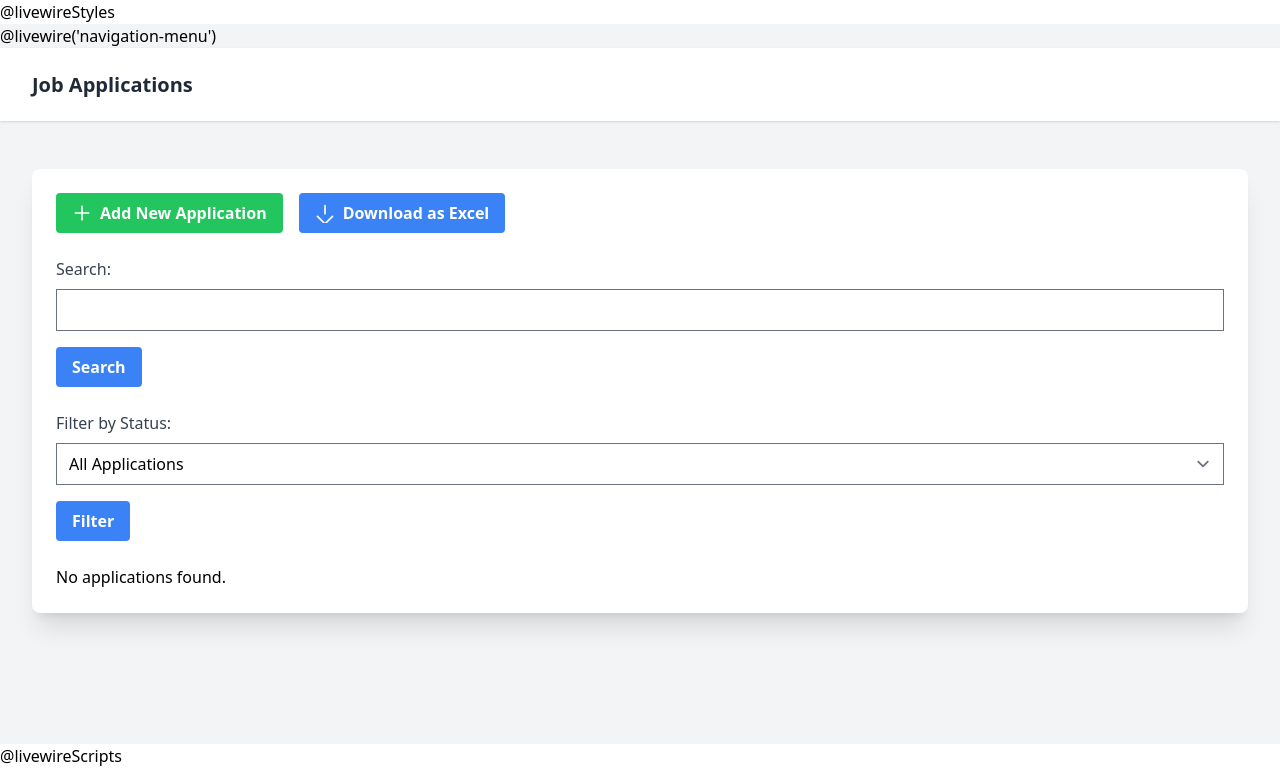
Repository: asanduk/vodafone
Page: resources/views/job-applications/index.blade.php
An editor plug-in stored every save of this project. The page is shown before and after the next save, followed by the edit.
The browser window is 1280 px wide. The pictures show the whole page.
The page is served by the project's Laravel application, run on PHP 8.4 with Laravel 12. Other server files are loaded and not shown. The template is opened directly, without the code that normally fills it, so the values that code supplies are empty.

Above is the page before, as saved 2024-11-18 22:45:14.

### routes/web.php
<?php

use Illuminate\Support\Facades\Route;
use App\Http\Controllers\JobApplicationController;
use App\Http\Controllers\HomeController;

Route::get('/', function () {
    return view('welcome');
});

Route::get('job-applications/export', [JobApplicationController::class, 'export'])->name('job-applications.export');


Route::middleware([
    'auth:sanctum',
    config('jetstream.auth_session'),
    'verified',
])->group(function () {
    // Dashboard görünümü için HomeController kullanımı
    Route::get('/dashboard', [HomeController::class, 'index'])->name('dashboard');
});

// İş başvuruları için resource controller tanımlamaları
Route::middleware(['auth:sanctum', 'verified'])->group(function () {
    Route::resource('job-applications', JobApplicationController::class);
});

### resources/views/job-applications/index.blade.php
<x-app-layout>
    <x-slot name="header">
        <h2 class="font-semibold text-xl text-gray-800 leading-tight">
            {{ __('Job Applications') }}
        </h2>
    </x-slot>

    <div class="py-12">
        <div class="max-w-7xl mx-auto sm:px-6 lg:px-8">
            <div class="bg-white overflow-hidden shadow-xl sm:rounded-lg p-6">
                <!-- "Add New Application" and "Download as Excel" Buttons Side by Side -->
                <div class="flex space-x-4 mb-6">
                    <a href="{{ route('job-applications.create') }}" class="flex items-center bg-green-500 hover:bg-green-700 text-white font-bold py-2 px-4 rounded transition">
                        <svg xmlns="http://www.w3.org/2000/svg" fill="none" viewBox="0 0 24 24" stroke-width="2" stroke="currentColor" class="w-5 h-5 mr-2">
                            <path stroke-linecap="round" stroke-linejoin="round" d="M12 4v16m8-8H4"/>
                        </svg>
                        Add New Application
                    </a>

                    <a href="{{ route('job-applications.export') }}" class="flex items-center bg-blue-500 hover:bg-blue-700 text-white font-bold py-2 px-4 rounded transition">
                        <svg xmlns="http://www.w3.org/2000/svg" fill="none" viewBox="0 0 24 24" stroke-width="2" stroke="currentColor" class="w-5 h-5 mr-2">
                            <path stroke-linecap="round" stroke-linejoin="round" d="M3 16l9 9 9-9m-9-3V3"/>
                        </svg>
                        Download as Excel
                    </a>
                </div>

                <!-- Filtering Form -->
                <form method="GET" action="{{ route('job-applications.index') }}" class="mb-6">
                    <label for="search" class="block text-gray-700 mb-2">Search:</label>
                    <input type="text" name="search" id="search" class="form-control w-full mb-4" value="{{ request('search') }}">
                    <button type="submit" class="bg-blue-500 hover:bg-blue-700 text-white font-bold py-2 px-4 rounded">
                        Search
                    </button>
                </form>

                <form method="GET" action="{{ route('job-applications.index') }}" class="mb-6">
                    <label for="status" class="block text-gray-700 mb-2">Filter by Status:</label>
                    <select name="status" id="status" class="form-control w-full mb-4">
                        <option value="">All Applications</option>
                        <option value="pending" {{ request('status') == 'pending' ? 'selected' : '' }}>Pending</option>
                        <option value="interview" {{ request('status') == 'interview' ? 'selected' : '' }}>Interview Scheduled</option>
                        <option value="rejected" {{ request('status') == 'rejected' ? 'selected' : '' }}>Rejected</option>
                        <option value="offered" {{ request('status') == 'offered' ? 'selected' : '' }}>Offer Received</option>
                    </select>
                    <button type="submit" class="bg-blue-500 hover:bg-blue-700 text-white font-bold py-2 px-4 rounded">
                        Filter
                    </button>
                </form>

                <!-- Application List -->
                @if($applications->count() > 0)
                    <div class="overflow-x-auto">
                        <table class="min-w-full table-auto bg-white rounded-lg shadow" style="table-layout: fixed;">
                            <thead class="bg-gray-200 text-gray-600 uppercase text-sm leading-normal">
                                <tr>
                                    <th class="py-3 px-6 text-left" style="width: 25%;">Position</th>
                                    <th class="py-3 px-6 text-left" style="width: 20%;">Company</th>
                                    <th class="py-3 px-6 text-left" style="width: 20%;">Application Date</th>
                                    <th class="py-3 px-6 text-left" style="width: 20%;">Status</th>
                                    <th class="py-3 px-6 text-left" style="width: 15%;">Actions</th>
                                </tr>
                            </thead>
                            <tbody class="text-gray-700 text-sm font-light">
                                @foreach($applications as $application)
                                    <tr class="border-b border-gray-200 hover:bg-gray-100">
                                        <td class="py-3 px-6 text-left">{{ $application->position }}</td>
                                        <td class="py-3 px-6 text-left">{{ $application->company_name }}</td>
                                        <td class="py-3 px-6 text-left">{{ $application->applied_at }}</td>
                                        <td class="py-3 px-6 text-left">
                                            @if($application->status == 'pending')
                                                <span class="bg-yellow-200 text-yellow-800 px-2 py-1 rounded">Pending</span>
                                            @elseif($application->status == 'interview')
                                                <span class="bg-green-200 text-green-800 px-2 py-1 rounded">Interview Scheduled</span>
                                            @elseif($application->status == 'rejected')
                                                <span class="bg-red-200 text-red-800 px-2 py-1 rounded">Rejected</span>
                                            @elseif($application->status == 'offered')
                                                <span class="bg-blue-200 text-blue-800 px-2 py-1 rounded">Offer Received</span>
                                            @endif
                                        </td>
                                        <td class="py-3 px-6 text-left">
                                            <div class="relative inline-block">
                                                <a href="{{ route('job-applications.show', $application->id) }}" class="text-blue-500 hover:underline group" title="Details">
                                                    <i class="fas fa-eye"></i>
                                                    <span class="absolute left-1/2 transform -translate-x-1/2 -translate-y-full bg-gray-700 text-white text-xs rounded py-1 px-2 opacity-0 group-hover:opacity-100 transition-opacity duration-200">Details</span>
                                                </a>
                                            </div>
                                            <div class="relative inline-block">
                                                <a href="{{ route('job-applications.edit', $application->id) }}" class="text-yellow-500 hover:underline ml-4 group" title="Edit">
                                                    <i class="fas fa-edit"></i>
                                                    <span class="absolute left-1/2 transform -translate-x-1/2 -translate-y-full bg-gray-700 text-white text-xs rounded py-1 px-2 opacity-0 group-hover:opacity-100 transition-opacity duration-200">Edit</span>
                                                </a>
                                            </div>
                                            <div class="relative inline-block">
                                                <button onclick="openModal({{ $application->id }})" class="text-red-500 hover:underline ml-4 group" title="Delete">
                                                    <i class="fas fa-trash"></i>
                                                    <span class="absolute left-1/2 transform -translate-x-1/2 -translate-y-full bg-gray-700 text-white text-xs rounded py-1 px-2 opacity-0 group-hover:opacity-100 transition-opacity duration-200">Delete</span>
                                                </button>
                                            </div>
                                            <!-- Modal -->
                                            <div id="modal-{{ $application->id }}" class="fixed inset-0 flex items-center justify-center z-50 hidden">
                                                <div class="bg-black opacity-50 absolute inset-0"></div>
                                                <div class="bg-white rounded-lg p-6 z-10">
                                                    <h3 class="text-lg font-semibold mb-4">Confirm Deletion</h3>
                                                    <p>Are you sure you want to delete this application?</p>
                                                    <div class="mt-4">
                                                        <form action="{{ route('job-applications.destroy', $application->id) }}" method="POST" class="inline-block">
                                                            @csrf
                                                            @method('DELETE')
                                                            <button type="submit" class="bg-red-500 text-white font-bold py-2 px-4 rounded">Delete</button>
                                                        </form>
                                                        <button onclick="closeModal({{ $application->id }})" class="ml-4 bg-gray-300 text-gray-700 font-bold py-2 px-4 rounded">Cancel</button>
                                                    </div>
                                                </div>
                                            </div>
                                            <script>
                                                function openModal(id) {
                                                    document.getElementById('modal-' + id).classList.remove('hidden');
                                                }
                                                function closeModal(id) {
                                                    document.getElementById('modal-' + id).classList.add('hidden');
                                                }
                                            </script>
                                        </td>
                                    </tr>
                                @endforeach
                            </tbody>
                        </table>
                    </div>

                    <!-- Pagination -->
                    <div class="mt-4">
                        {{ $applications->appends(request()->input())->links() }}
                    </div>
                @else
                    <p>No applications found.</p>
                @endif
            </div>
        </div>
    </div>
</x-app-layout>

### resources/views/layouts/app.blade.php
<!DOCTYPE html>
<html lang="{{ str_replace('_', '-', app()->getLocale()) }}">
    <head>
        <meta charset="utf-8">
        <meta name="viewport" content="width=device-width, initial-scale=1">
        <title>{{ config('app.name', 'Jobify') }}</title>

        <!-- Fonts -->
        <link href="https://cdn.jsdelivr.net/npm/tailwindcss@2.2.19/dist/tailwind.min.css" rel="stylesheet">
        <link rel="stylesheet" href="https://cdnjs.cloudflare.com/ajax/libs/font-awesome/6.0.0-beta3/css/all.min.css">

        <link rel="stylesheet" href="https://fonts.bunny.net/css2?family=Nunito:wght@400;600;700&display=swap">
                 <!-- Pickadate.js CSS -->
                 <link rel="stylesheet" href="{{ asset('pickadate/lib/themes/default.css') }}">
                 <link rel="stylesheet" href="{{ asset('pickadate/lib/themes/default.date.css') }}">

                 <!-- jQuery (Pickadate.js için gerekli) -->
                 <script src="https://code.jquery.com/jquery-3.6.0.min.js"></script>

                 <!-- Pickadate.js JS -->
                 <script src="{{ asset('pickadate/lib/picker.js') }}"></script>
                 <script src="{{ asset('pickadate/lib/picker.date.js') }}"></script>

                 <script>
                     $(document).ready(function() {
                         $('#applied_at').pickadate({
                             format: 'yyyy-mm-dd', // Tarih formatını ayarlayın
                             // Diğer ayarları buraya ekleyebilirsiniz
                         });
                     });
                 </script>
        <!-- Styles -->
        @vite(['resources/css/app.css', 'resources/js/app.js'])
        @livewireStyles
    </head>
    <body class="font-sans antialiased">
        <div class="min-h-screen bg-gray-100">
            @livewire('navigation-menu')

            <!-- Page Heading -->
            @if (isset($header))
                <header class="bg-white shadow">
                    <div class="max-w-7xl mx-auto py-6 px-4 sm:px-6 lg:px-8">
                        {{ $header }}
                    </div>
                </header>
            @endif

            <!-- Page Content -->
            <main>
                {{ $slot }}
            </main>
        </div>

        @stack('modals')

        @livewireScripts
    </body>
</html>

Loaded but not shown: app/View/Components/AppLayout.php (common file); public/pickadate/lib/themes/default.css (library); public/pickadate/lib/themes/default.date.css (library); public/pickadate/lib/picker.js (library); public/pickadate/lib/picker.date.js (library)

After the next save:
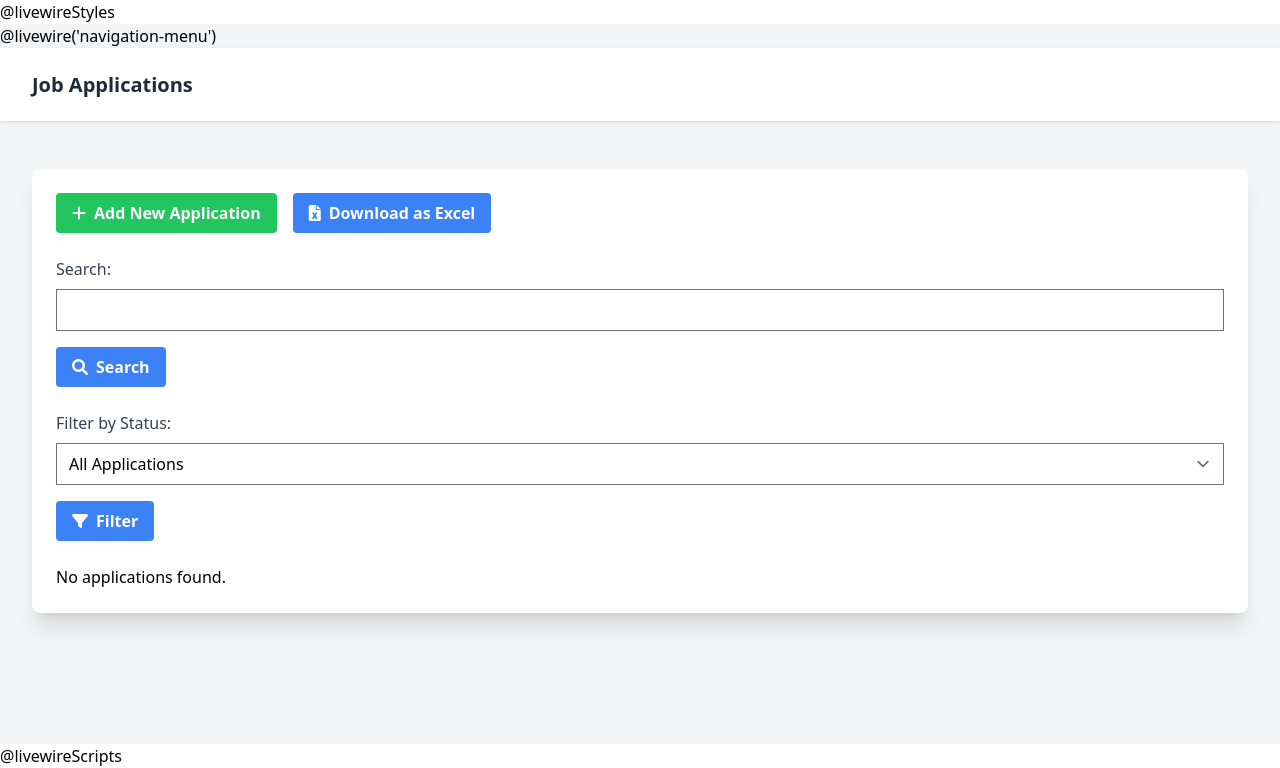
Saved 119 s later.
--- a/resources/views/job-applications/index.blade.php
+++ b/resources/views/job-applications/index.blade.php
@@ -11,16 +11,12 @@
                 <!-- "Add New Application" and "Download as Excel" Buttons Side by Side -->
                 <div class="flex space-x-4 mb-6">
                     <a href="{{ route('job-applications.create') }}" class="flex items-center bg-green-500 hover:bg-green-700 text-white font-bold py-2 px-4 rounded transition">
-                        <svg xmlns="http://www.w3.org/2000/svg" fill="none" viewBox="0 0 24 24" stroke-width="2" stroke="currentColor" class="w-5 h-5 mr-2">
-                            <path stroke-linecap="round" stroke-linejoin="round" d="M12 4v16m8-8H4"/>
-                        </svg>
+                        <i class="fas fa-plus mr-2"></i>
                         Add New Application
                     </a>
 
                     <a href="{{ route('job-applications.export') }}" class="flex items-center bg-blue-500 hover:bg-blue-700 text-white font-bold py-2 px-4 rounded transition">
-                        <svg xmlns="http://www.w3.org/2000/svg" fill="none" viewBox="0 0 24 24" stroke-width="2" stroke="currentColor" class="w-5 h-5 mr-2">
-                            <path stroke-linecap="round" stroke-linejoin="round" d="M3 16l9 9 9-9m-9-3V3"/>
-                        </svg>
+                        <i class="fas fa-file-excel mr-2"></i>
                         Download as Excel
                     </a>
                 </div>
@@ -29,7 +25,8 @@
                 <form method="GET" action="{{ route('job-applications.index') }}" class="mb-6">
                     <label for="search" class="block text-gray-700 mb-2">Search:</label>
                     <input type="text" name="search" id="search" class="form-control w-full mb-4" value="{{ request('search') }}">
-                    <button type="submit" class="bg-blue-500 hover:bg-blue-700 text-white font-bold py-2 px-4 rounded">
+                    <button type="submit" class="flex items-center bg-blue-500 hover:bg-blue-700 text-white font-bold py-2 px-4 rounded">
+                        <i class="fas fa-search mr-2"></i>
                         Search
                     </button>
                 </form>
@@ -43,7 +40,8 @@
                         <option value="rejected" {{ request('status') == 'rejected' ? 'selected' : '' }}>Rejected</option>
                         <option value="offered" {{ request('status') == 'offered' ? 'selected' : '' }}>Offer Received</option>
                     </select>
-                    <button type="submit" class="bg-blue-500 hover:bg-blue-700 text-white font-bold py-2 px-4 rounded">
+                    <button type="submit" class="flex items-center bg-blue-500 hover:bg-blue-700 text-white font-bold py-2 px-4 rounded">
+                        <i class="fas fa-filter mr-2"></i>
                         Filter
                     </button>
                 </form>
